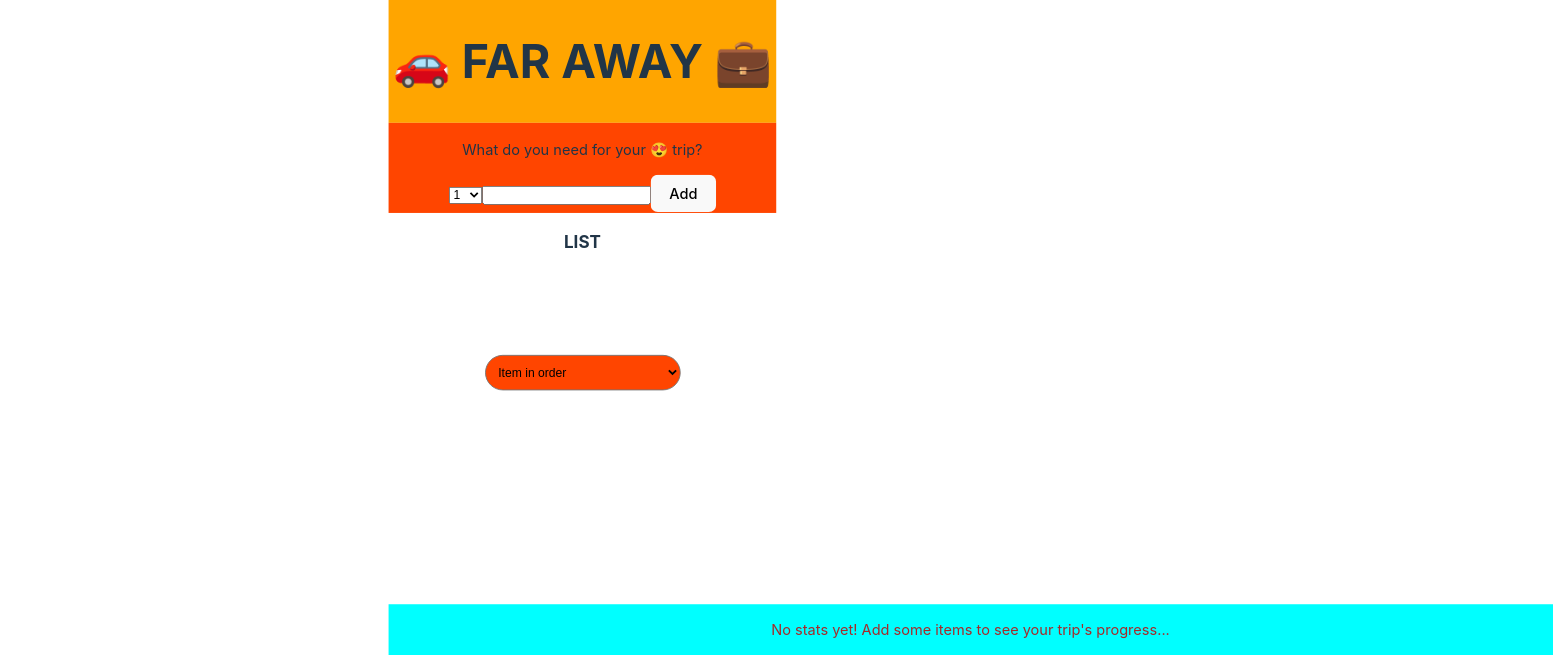
Repository: Celebration-cloud/Trip-Add-To-List
Page: /
An editor plug-in stored every save of this project. The page is shown before and after a run of saves, followed by the edit.
The browser window is 1280 px wide. The page is 1707 px wide, then 1280 px, so the pictures cover 1707 px, including what lies to the right of the window. The pictures show the whole page, at 91% of full size.
The project was rebuilt for these pictures with package versions that can differ from the ones it lists, and the page was loaded fresh each time. Also part of the build but not shown: vite.config.js.

Above is the page before, as saved 2023-10-29 16:07:20.

After the next 2 saves:
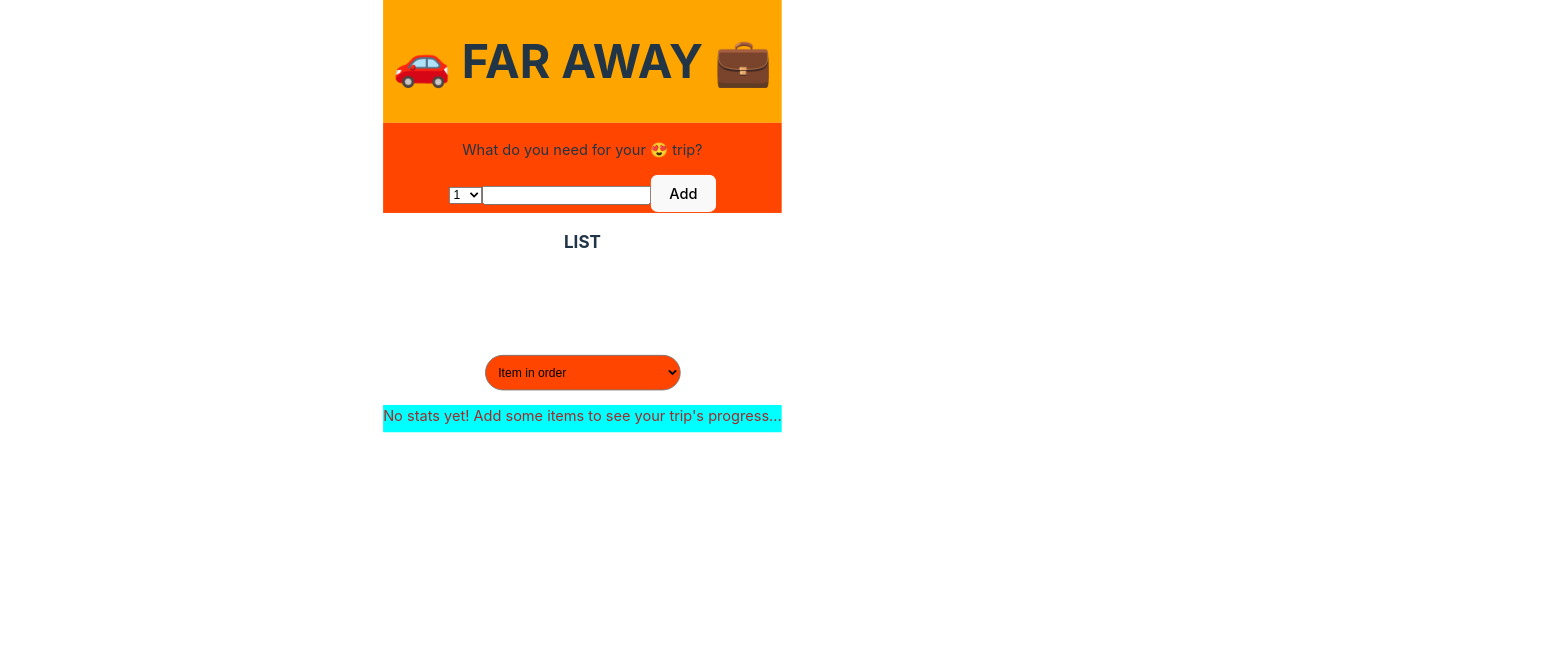
The 2 saves are shown as one change because they came seconds apart.
The last was saved 2 min 21 s later.
--- a/src/Trip-List/TripList.jsx
+++ b/src/Trip-List/TripList.jsx
@@ -132,10 +132,10 @@ function TripStats({stats}) {
   return (
     <footer
       style={{
-        position: "absolute",
         backgroundColor: "aqua",
         color: "brown",
-        bottom: "-0%",
+        bottom: "0%",
+        height: "30px",
         width: "100%",
       }}
     >
